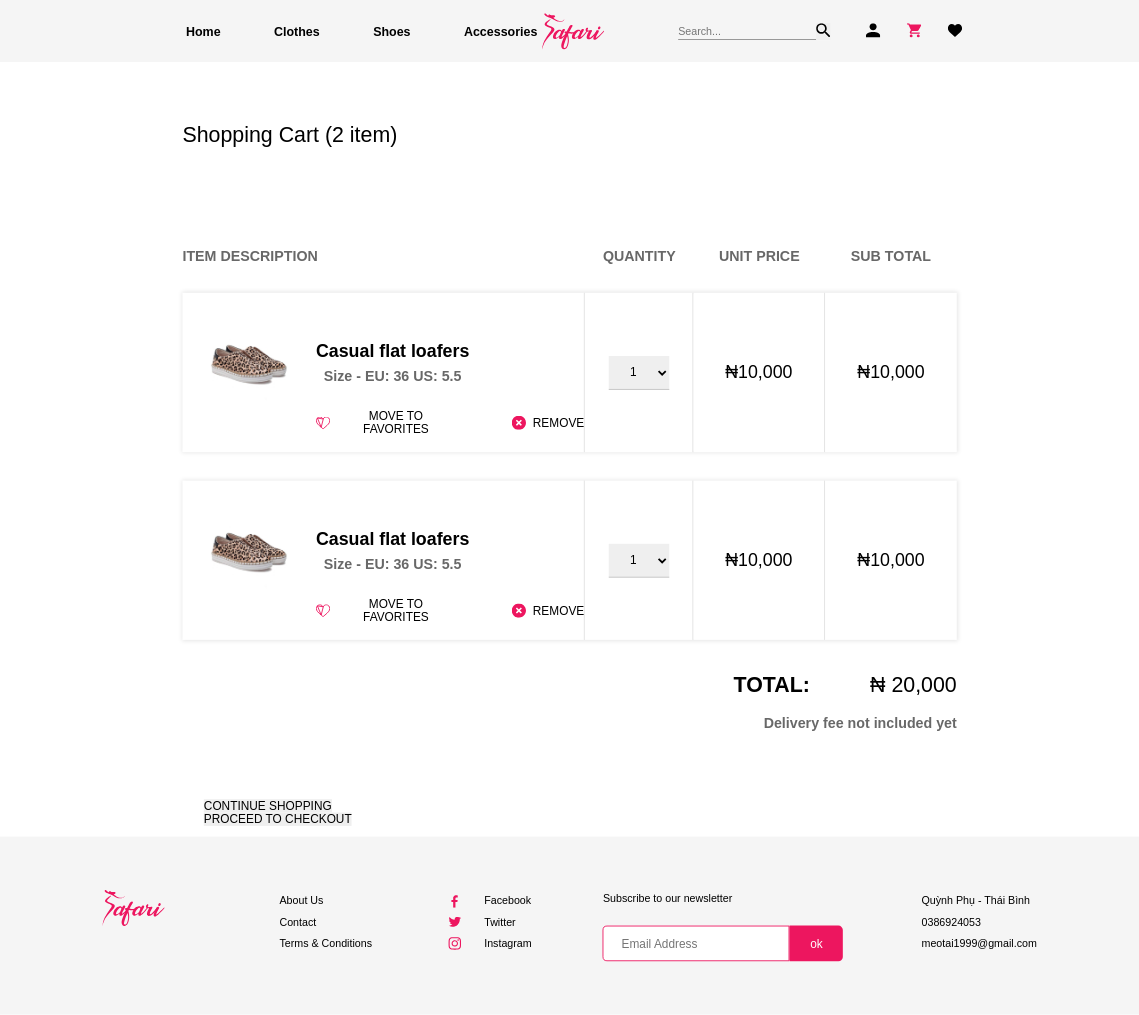
Repository: tboy1999/safari
Page: views/cart.html
These files come from the project's save history. The page is drawn as it stood at one moment and after the next save; the edit follows.
The browser window is 1280 px wide. The pictures show the whole page, at 89% of full size.
Some web libraries are served in a nearby version. The style sheet was rebuilt from its Sass, Less or Tailwind sources for each picture, by a compiler version that may differ from the author's.

Above is the page before, as saved 2022-04-28 14:32:53.

After the next save:
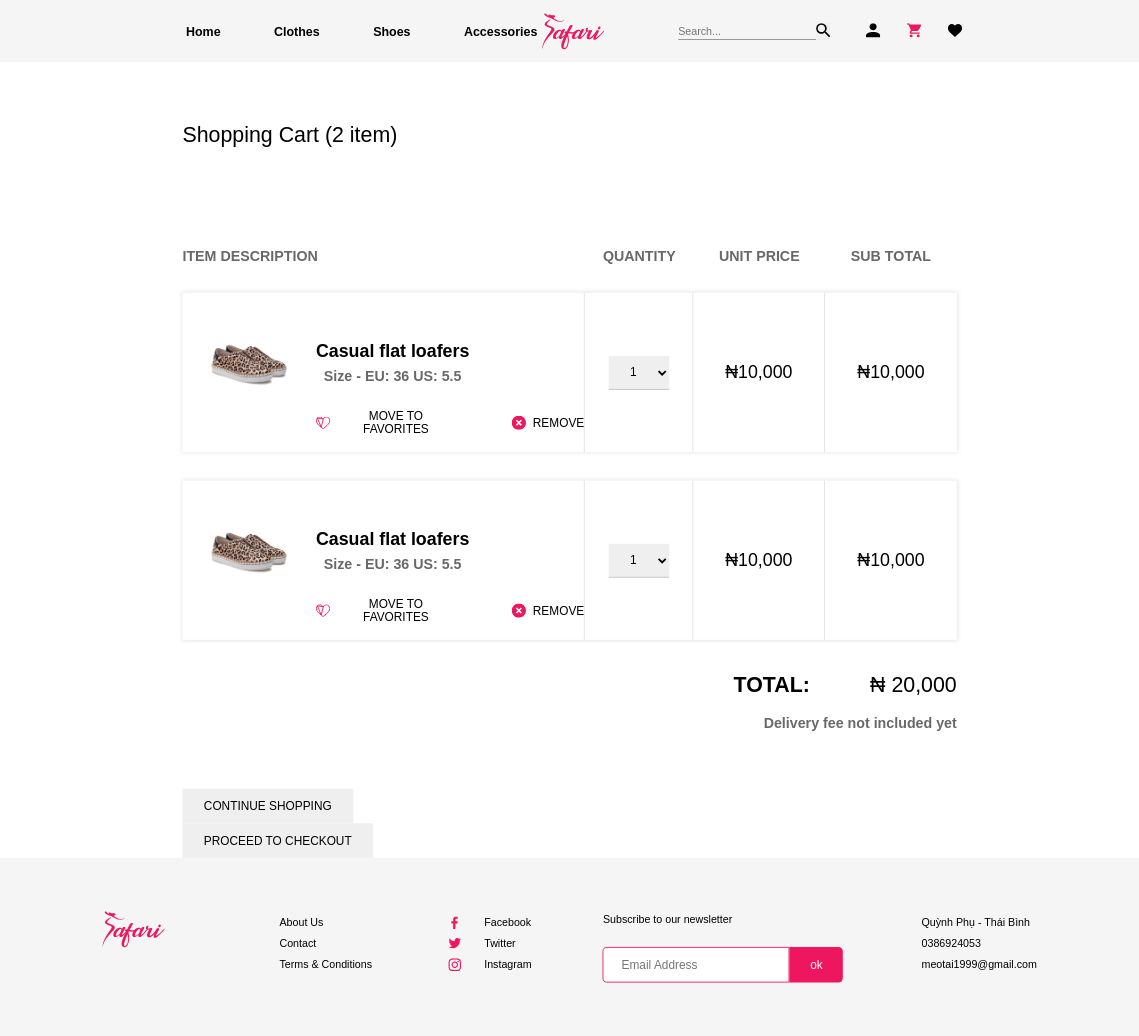
Saved 15 s later.
--- a/scss/cart.scss
+++ b/scss/cart.scss
@@ -83,6 +83,8 @@
   }
 
   &__button {
-    padding: 12px 24px
+    button {
+      padding: 12px 24px
+    }
   }
 }
